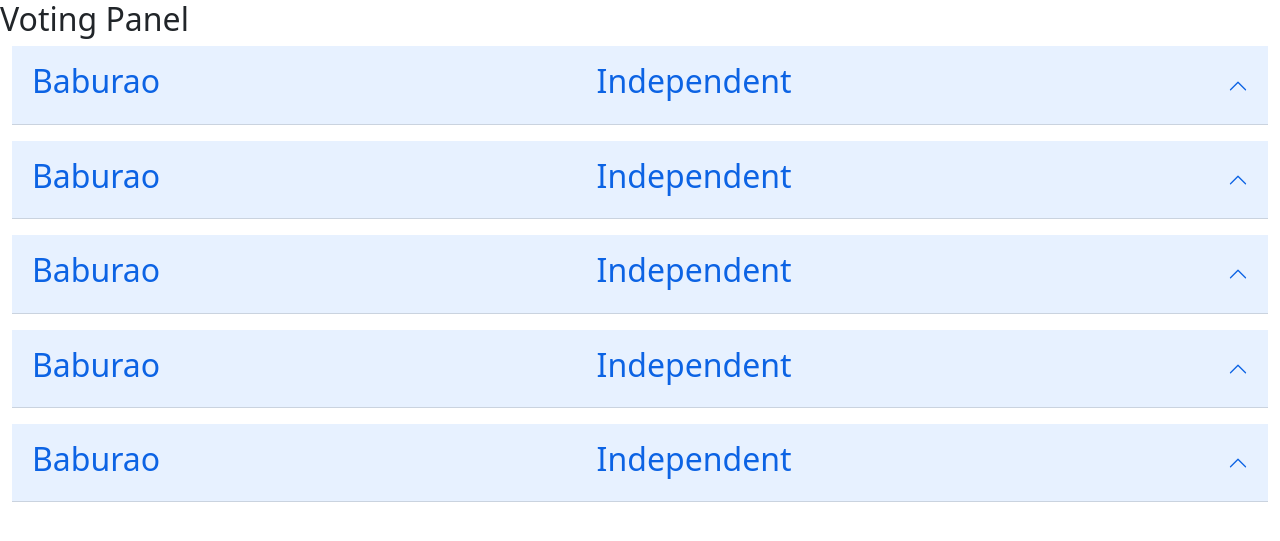
Repository: DavidManiIbrahim/Voting-app
Page: panel.html
These files come from the project's save history. The page is drawn as it stood at one moment and after the next save; the edit follows.
The browser window is 1280 px wide. The pictures show the whole page.

Above is the page before, as saved 2025-01-20 05:38:18.

### panel.html
<!DOCTYPE html>
<html lang="en">
<head>
    <meta charset="UTF-8">
    <meta name="viewport" content="width=device-width, initial-scale=1.0">
    <title>Voting Panel</title>
    <link rel="stylesheet" href="./bootstrap.css">
</head>
<body>

<h2>Voting Panel</h2>

    <div class="container-fluid">
        <!-- accordion one -->
        <button class="accordion-button" data-bs-toggle="collapse"
        data-bs-target="#accord">
            <h2 class="accor">Baburao</h2>
            <img src="" alt="">

            <h2 class="ms-auto">Independent</h2>
            <img src="" alt="">
        </button>
<p >
    <ul class="collapse list-unstyled" id="accord">
        <li>Name</li>
        <li>Age</li>
        <li>Party</li>
        <li>Education</li>
    </ul>
</p>
<!-- accordion two -->
    <button class="accordion-button" data-bs-toggle="collapse"
        data-bs-target="#accord1">
            <h2 class="accor">Baburao</h2>
            <img src="" alt="">

            <h2 class="ms-auto">Independent</h2>
            <img src="" alt="">
        </button>
<p >
    <ul class="collapse list-unstyled" id="accord1">
        <li>Name</li>
        <li>Age</li>
        <li>Party</li>
        <li>Education</li>
    </ul>
</p>
<!-- accordion three -->
<button class="accordion-button" data-bs-toggle="collapse"
data-bs-target="#accord2">
    <h2 class="accor">Baburao</h2>
    <img src="" alt="">

    <h2 class="ms-auto">Independent</h2>
    <img src="" alt="">
</button>
<p >
<ul class="collapse list-unstyled" id="accord2">
<li>Name</li>
<li>Age</li>
<li>Party</li>
<li>Education</li>
</ul>
</p>
<!-- accordion four -->
<button class="accordion-button" data-bs-toggle="collapse"
data-bs-target="#accord3">
    <h2 class="accor">Baburao</h2>
    <img src="" alt="">

    <h2 class="ms-auto">Independent</h2>
    <img src="" alt="">
</button>
<p >
<ul class="collapse list-unstyled" id="accord3">
<li>Name</li>
<li>Age</li>
<li>Party</li>
<li>Education</li>
</ul>
</p>
<!-- accordion five -->
<button class="accordion-button" data-bs-toggle="collapse"
data-bs-target="#accord4">
    <h2 class="accor">Baburao</h2>
    <img src="" alt="">

    <h2 class="ms-auto">Independent</h2>
    <img src="" alt="">
</button>
<p >
<ul class="collapse list-unstyled" id="accord4">
<li>Name</li>
<li>Age</li>
<li>Party</li>
<li>Education</li>
</ul>
</p>
    </div>








<script src="./bootstrap.min.js"></script>
</body>
</html>

Loaded but not shown: bootstrap.css (library); bootstrap.min.js (library)

After the next save:
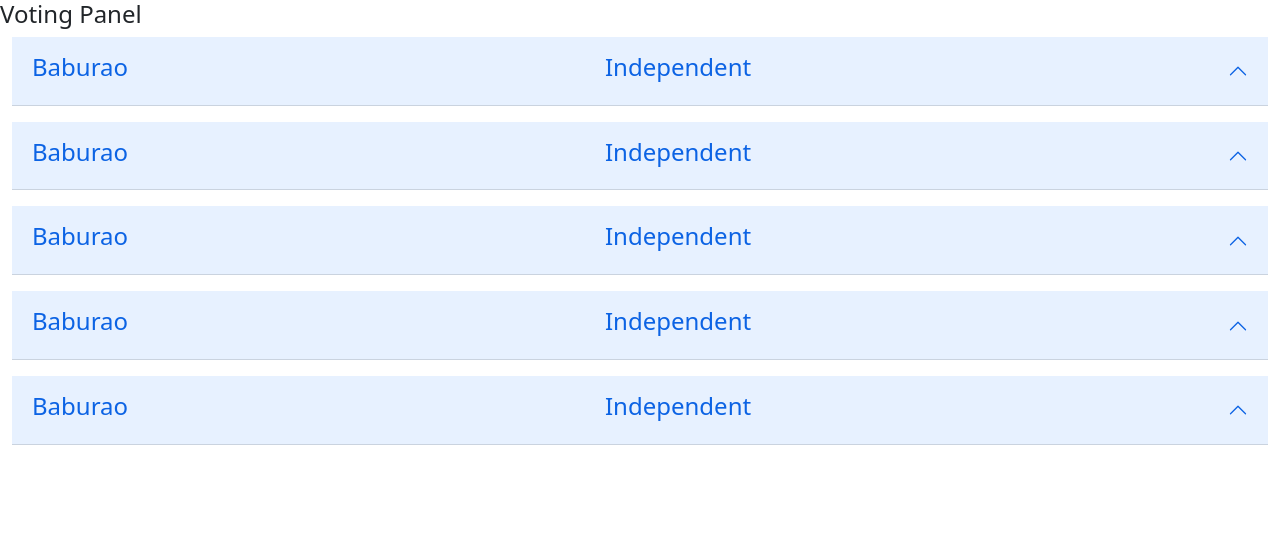
Saved 38 s later.
--- a/panel.html
+++ b/panel.html
@@ -8,16 +8,16 @@
 </head>
 <body>
 
-<h2>Voting Panel</h2>
+<h4>Voting Panel</h4>
 
     <div class="container-fluid">
         <!-- accordion one -->
         <button class="accordion-button" data-bs-toggle="collapse"
         data-bs-target="#accord">
-            <h2 class="accor">Baburao</h2>
+            <h4 class="accor">Baburao</h4>
             <img src="" alt="">
 
-            <h2 class="ms-auto">Independent</h2>
+            <h4 class="ms-auto">Independent</h4>
             <img src="" alt="">
         </button>
 <p >
@@ -31,10 +31,10 @@
 <!-- accordion two -->
     <button class="accordion-button" data-bs-toggle="collapse"
         data-bs-target="#accord1">
-            <h2 class="accor">Baburao</h2>
+            <h4 class="accor">Baburao</h4>
             <img src="" alt="">
 
-            <h2 class="ms-auto">Independent</h2>
+            <h4 class="ms-auto">Independent</h4>
             <img src="" alt="">
         </button>
 <p >
@@ -48,10 +48,10 @@
 <!-- accordion three -->
 <button class="accordion-button" data-bs-toggle="collapse"
 data-bs-target="#accord2">
-    <h2 class="accor">Baburao</h2>
+    <h4 class="accor">Baburao</h4>
     <img src="" alt="">
 
-    <h2 class="ms-auto">Independent</h2>
+    <h4 class="ms-auto">Independent</h4>
     <img src="" alt="">
 </button>
 <p >
@@ -65,10 +65,10 @@ data-bs-target="#accord2">
 <!-- accordion four -->
 <button class="accordion-button" data-bs-toggle="collapse"
 data-bs-target="#accord3">
-    <h2 class="accor">Baburao</h2>
+    <h4 class="accor">Baburao</h4>
     <img src="" alt="">
 
-    <h2 class="ms-auto">Independent</h2>
+    <h4 class="ms-auto">Independent</h4>
     <img src="" alt="">
 </button>
 <p >
@@ -82,10 +82,10 @@ data-bs-target="#accord3">
 <!-- accordion five -->
 <button class="accordion-button" data-bs-toggle="collapse"
 data-bs-target="#accord4">
-    <h2 class="accor">Baburao</h2>
+    <h4 class="accor">Baburao</h4>
     <img src="" alt="">
 
-    <h2 class="ms-auto">Independent</h2>
+    <h4 class="ms-auto">Independent</h4>
     <img src="" alt="">
 </button>
 <p >
